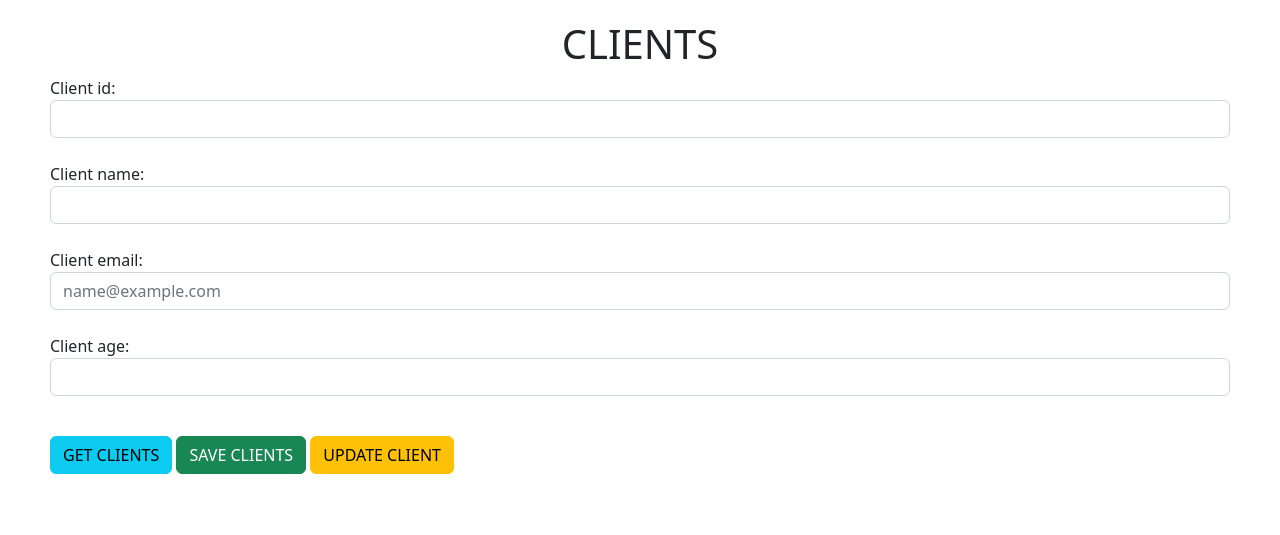
Repository: almendezl/MisionTIC
Page: index.html
An editor plug-in stored every save of this project. The page is shown before and after the next save, followed by the edit.
The browser window is 1280 px wide. The pictures show the whole page.

Above is the page before, as saved 2022-10-01 21:38:01.

### index.html
<html lang="en">
<head>
    <meta charset="UTF-8">
    <meta http-equiv="X-UA-Compatible" content="IE=edge">
    <meta name="viewport" content="width=device-width, initial-scale=1.0">
    <link rel="stylesheet" href="styles.css">
    <title>MISION TIC 2022 RETO 2</title>
</head>
<!-- add jquery api -->
<script src="https://ajax.googleapis.com/ajax/libs/jquery/3.6.1/jquery.min.js"></script>
<!-- add bootstrap -->

<link href="https://cdn.jsdelivr.net/npm/bootstrap@5.2.1/dist/css/bootstrap.min.css" rel="stylesheet" integrity="sha384-iYQeCzEYFbKjA/T2uDLTpkwGzCiq6soy8tYaI1GyVh/UjpbCx/TYkiZhlZB6+fzT" crossorigin="anonymous">
<!-- add the file with the script -->
<script type="text/javascript" src="myScript.js"></script>
<body>
    <h1 class="text-center">CLIENTS</h1>
    <form action="">
        <div class="form-group">
            <label class="label label-default" >Client id: </label>
            <input class="form-control" type="number" id="clientId"> <br>
        </div>

        <div class="form-group">
            <label >Client name: </label>
            <input class="form-control" type="text" id="clientName"><br>
        </div>

        <div class="form-group">
            <label >Client email: </label>
            <input class="form-control" type="text" id="clientEmail" placeholder="name@example.com"><br>
        </div>

        <div class="form-group">
            <label >Client age: </label>
            <input class="form-control" type="number" id="clientAge"><br>
        </div>

    </form>




    <button class="btn btn-info" onclick="getClients()">GET CLIENTS</button>

    <button class="btn btn-success" onclick="setClient()">SAVE CLIENTS</button>

    <button class="btn btn-warning" onclick="updateClient()">UPDATE CLIENT</button><br><br>

    <div id="clientsList">

    </div>



</body>
</html>

### styles.css
body {

    padding: 20px 50px;
  }

### myScript.js
function getClients(){

    $.ajax({
        url:'https://gbc0751b79176df-fy68ude9ajgxmklv.adb.us-ashburn-1.oraclecloudapps.com/ords/admin/client/client',
        type: 'GET',
        dataType: 'json',

        success: function(clients){
            console.log(clients);
            let cs= clients.items;
            //$('#clientsList').append("<h2>Clients List</h2>");
            $('#clientsList').empty();
            for(i = 0; i<cs.length; i++){
                $('#clientsList').append("<b>"+cs[i].id+" "+cs[i].name+" </b> "+cs[i].email+"   <button class='btn btn-danger' onclick='deleteClient("+cs[i].id+")'>DELETE</button>"+"<br>");
                //$('#clientsList').append();
            }

        },
        error: function(xhr, status){
            alert("A problem has occurred");
        },
        complete: function(xhr, status){
            //alert("Request made");
        }
    });

}

function setClient(){

    let clientId = $("#clientId").val();
    let clientName = $("#clientName").val();
    let clientEmail = $("#clientEmail").val();
    let clientAge = $("#clientAge").val();

    let data = {
        id: clientId,
        name: clientName,
        email: clientEmail,
        age: clientAge

    };

    let dataToSend = JSON.stringify(data);

    console.log(dataToSend);

    $.ajax({
        url:'https://gbc0751b79176df-fy68ude9ajgxmklv.adb.us-ashburn-1.oraclecloudapps.com/ords/admin/client/client',
        type: 'POST',
        //dataType: 'json',
        data: dataToSend,
         contentType: "application/json",

        success: function(json){
            console.log(json);
            //Clean the inputs
            $("#clientId").val('');
            $("#clientName").val('');
            $("#clientEmail").val('');
            $("#clientAge").val('');
            getClients();
        },
        error: function(xhr, status){
            //alert("A problem has occurred");

        },
        complete: function(xhr, status){
            //alert("Request made");

        }
    });

}

function updateClient(){
    let clientId = $("#clientId").val();
    let clientName = $("#clientName").val();
    let clientEmail = $("#clientEmail").val();
    let clientAge = $("#clientAge").val();

    let data = {
        id: clientId,
        name: clientName,
        email: clientEmail,
        age: clientAge

    };

    let dataToSend = JSON.stringify(data);

    console.log(dataToSend);

    $.ajax({
        url:'https://gbc0751b79176df-fy68ude9ajgxmklv.adb.us-ashburn-1.oraclecloudapps.com/ords/admin/client/client',
        type: 'PUT',
        //dataType: 'json',
        data: dataToSend,
        contentType: "application/json",

        success: function(json){
            console.log(json);
            //Clean the inputs
            $("#clientId").val('');
            $("#clientName").val('');
            $("#clientEmail").val('');
            $("#clientAge").val('');
            getClients();
        },
        error: function(xhr, status){
            //alert("A problem has occurred");

        },
        complete: function(xhr, status){
            //alert("Request made");

        }
    });
}

function deleteClient(clientId){


    let data = {
        id: clientId

    };

    let dataToSend = JSON.stringify(data);

    console.log(dataToSend);

    $.ajax({
        url:'https://gbc0751b79176df-fy68ude9ajgxmklv.adb.us-ashburn-1.oraclecloudapps.com/ords/admin/client/client',
        type: 'DELETE',
        //dataType: 'json',
        data: dataToSend,
        contentType: "application/json",

        success: function(json){
            console.log(json);
            //Clean the inputs
            $("#clientId").val('');
            $("#clientName").val('');
            $("#clientEmail").val('');
            $("#clientAge").val('');
            getClients();
        },
        error: function(xhr, status){
            //alert("A problem has occurred");

        },
        complete: function(xhr, status){
            //alert("Request made");

        }
    });
}

After the next save:
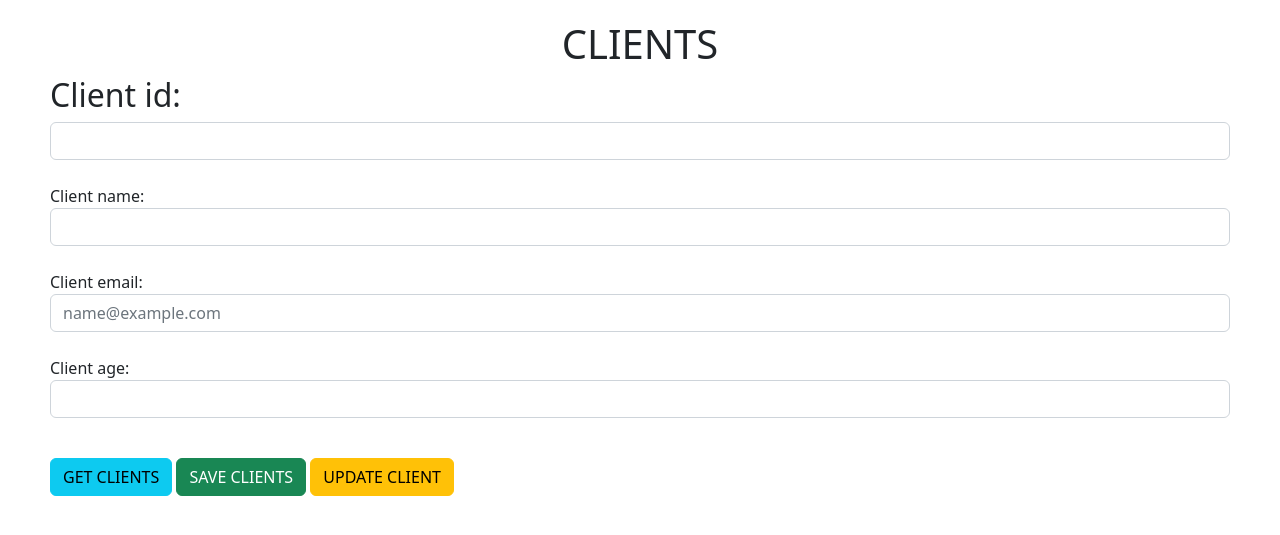
Saved 19 s later.
--- a/index.html
+++ b/index.html
@@ -17,7 +17,7 @@
     <h1 class="text-center">CLIENTS</h1>
     <form action="">
         <div class="form-group">
-            <label class="label label-default" >Client id: </label>
+            <h2 class="label label-default" >Client id: </h2>
             <input class="form-control" type="number" id="clientId"> <br>
         </div>
 
